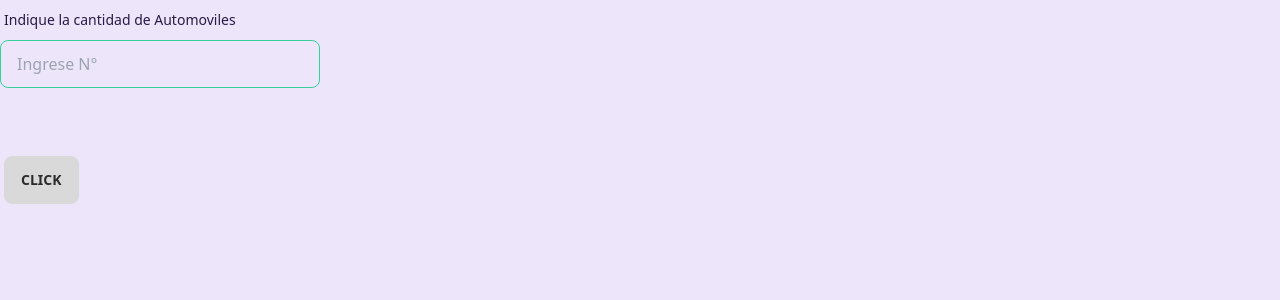
Repository: Claudioxs/Tarea2
Page: /automovil (app in FrontEnd/vue-project/)
An editor plug-in stored every save of this project. The page is shown before and after the next save, followed by the edit.
The browser window is 1280 px wide. The pictures show the whole page.
The project was rebuilt for these pictures with package versions that can differ from the ones it lists, and the page was loaded fresh each time. Also part of the build but not shown: FrontEnd/vue-project/vite.config.js, FrontEnd/vue-project/src/components/HelloWorld.vue.

Above is the page before, as saved 2023-05-21 21:17:02.

After the next save:
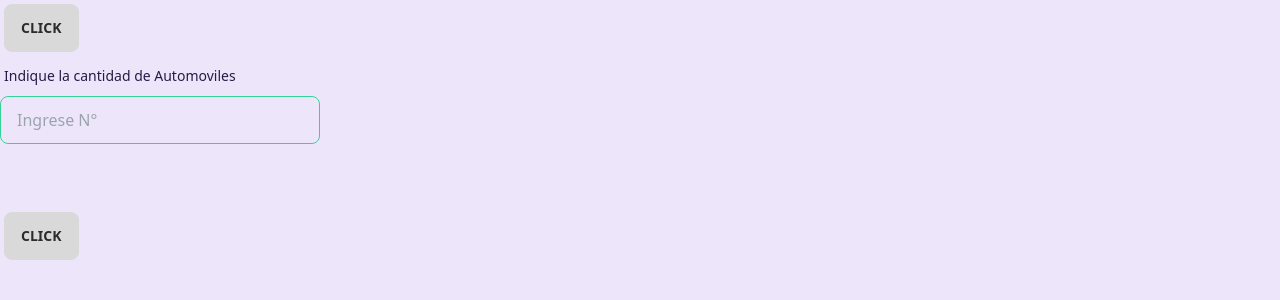
Saved 70 s later.
--- a/FrontEnd/vue-project/src/App.vue
+++ b/FrontEnd/vue-project/src/App.vue
@@ -4,7 +4,13 @@
 </script>
 
 <template>
-
+<div class="dropdown dropdown-left">
+  <label tabindex="0" class="btn m-1">Click</label>
+  <ul tabindex="0" class="dropdown-content menu p-2 shadow bg-base-100 rounded-box w-52">
+    <li><a>Item 1</a></li>
+    <li><a>Item 2</a></li>
+  </ul>
+</div>
   <RouterView />
 </template>
 

After the save that followed:
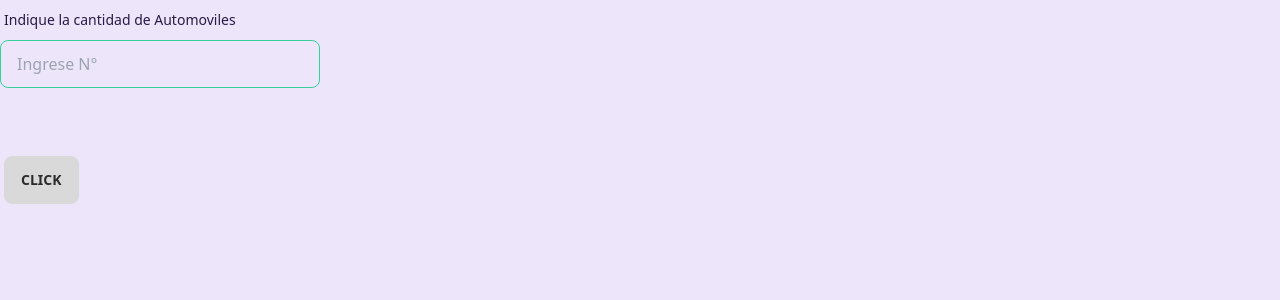
Saved 3 min 0 s later.
--- a/FrontEnd/vue-project/src/App.vue
+++ b/FrontEnd/vue-project/src/App.vue
@@ -4,76 +4,10 @@
 </script>
 
 <template>
-<div class="dropdown dropdown-left">
-  <label tabindex="0" class="btn m-1">Click</label>
-  <ul tabindex="0" class="dropdown-content menu p-2 shadow bg-base-100 rounded-box w-52">
-    <li><a>Item 1</a></li>
-    <li><a>Item 2</a></li>
-  </ul>
-</div>
+
   <RouterView />
 </template>
 
 <style scoped>
-header {
-  line-height: 1.5;
-  max-height: 100vh;
-}
 
-.logo {
-  display: block;
-  margin: 0 auto 2rem;
-}
-
-nav {
-  width: 100%;
-  font-size: 12px;
-  text-align: center;
-  margin-top: 2rem;
-}
-
-nav a.router-link-exact-active {
-  color: var(--color-text);
-}
-
-nav a.router-link-exact-active:hover {
-  background-color: transparent;
-}
-
-nav a {
-  display: inline-block;
-  padding: 0 1rem;
-  border-left: 1px solid var(--color-border);
-}
-
-nav a:first-of-type {
-  border: 0;
-}
-
-@media (min-width: 1024px) {
-  header {
-    display: flex;
-    place-items: center;
-    padding-right: calc(var(--section-gap) / 2);
-  }
-
-  .logo {
-    margin: 0 2rem 0 0;
-  }
-
-  header .wrapper {
-    display: flex;
-    place-items: flex-start;
-    flex-wrap: wrap;
-  }
-
-  nav {
-    text-align: left;
-    margin-left: -1rem;
-    font-size: 1rem;
-
-    padding: 1rem 0;
-    margin-top: 1rem;
-  }
-}
 </style>
